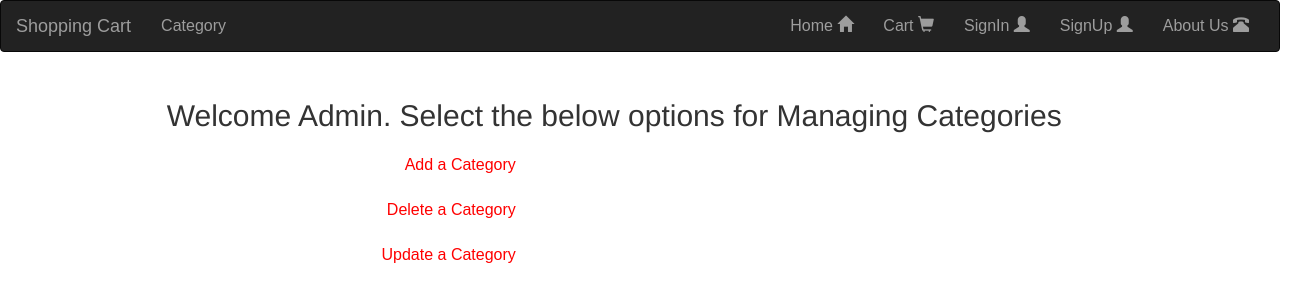
Repository: KaustubhKamat/ShoppingCartProject
Page: http://localhost/NewShoppingCart/WEB-INF/views/Category.jsp
An editor plug-in stored every save of this project. The page is shown before and after the next save, followed by the edit.
The browser window is 1280 px wide. The page is 1295 px wide, so the pictures cover 1295 px, including what lies to the right of the window. The pictures show the whole page.
Some web libraries are served in a nearby version. The page is served by Tomcat 9. Nobody is signed in. The template is opened directly, without the code that normally fills it, so the values that code supplies are empty.

Above is the page before, as saved 2017-01-12 06:33:55.

After the next save:
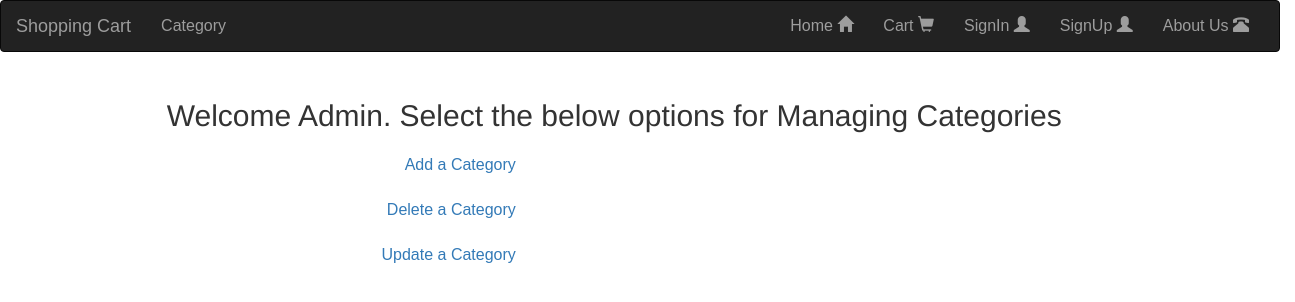
Saved 61 s later.
--- a/NewShoppingCart/src/main/webapp/WEB-INF/views/Category.jsp
+++ b/NewShoppingCart/src/main/webapp/WEB-INF/views/Category.jsp
@@ -19,7 +19,6 @@
 a{
 font-family: sans-serif;
 font-size: medium;
-color: red;
 }
 </style>
 </head>
